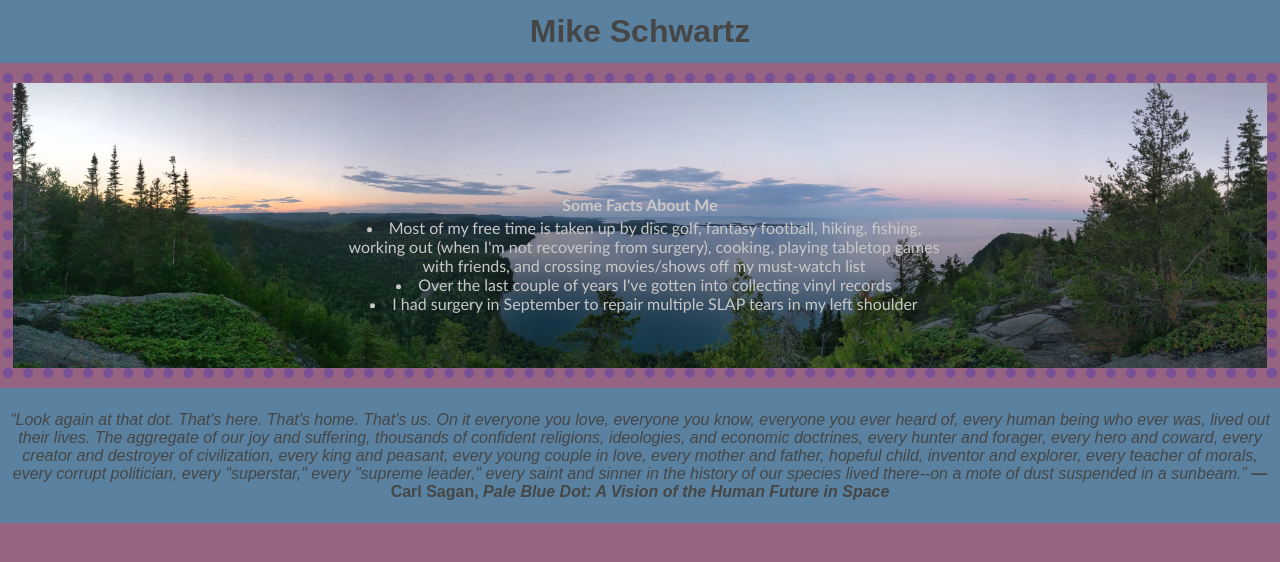
Repository: Ellusionism/prime-pw-week-1-assignment
Page: assignment/index.html
An editor plug-in stored every save of this project. The page is shown before and after a run of saves, followed by the edit.
The browser window is 1280 px wide. The pictures show the whole page.

Above is the page before, as saved 2022-10-26 18:03:54.

After the next 2 saves:
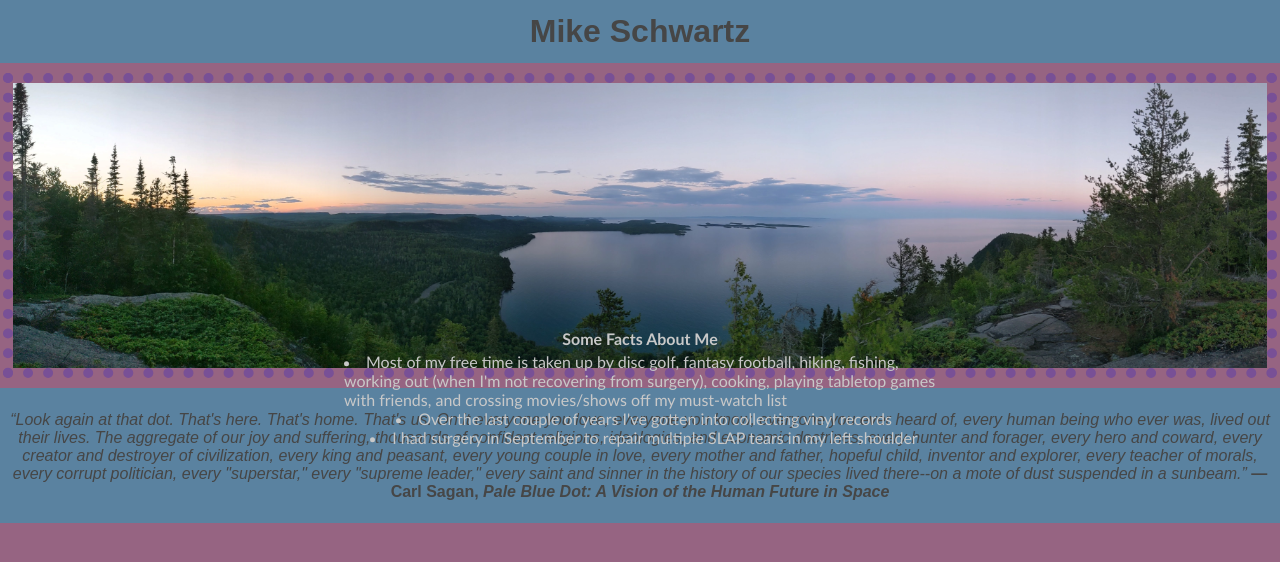
The 2 saves are shown as one change because they came seconds apart.
The last was saved 71 s later.
--- a/assignment/style.css
+++ b/assignment/style.css
@@ -66,6 +66,8 @@
  align-items: center;
 }
 
+.facts-list
+
  .container {
   position: relative;
   text-align: center;

After the 2 saves that followed:
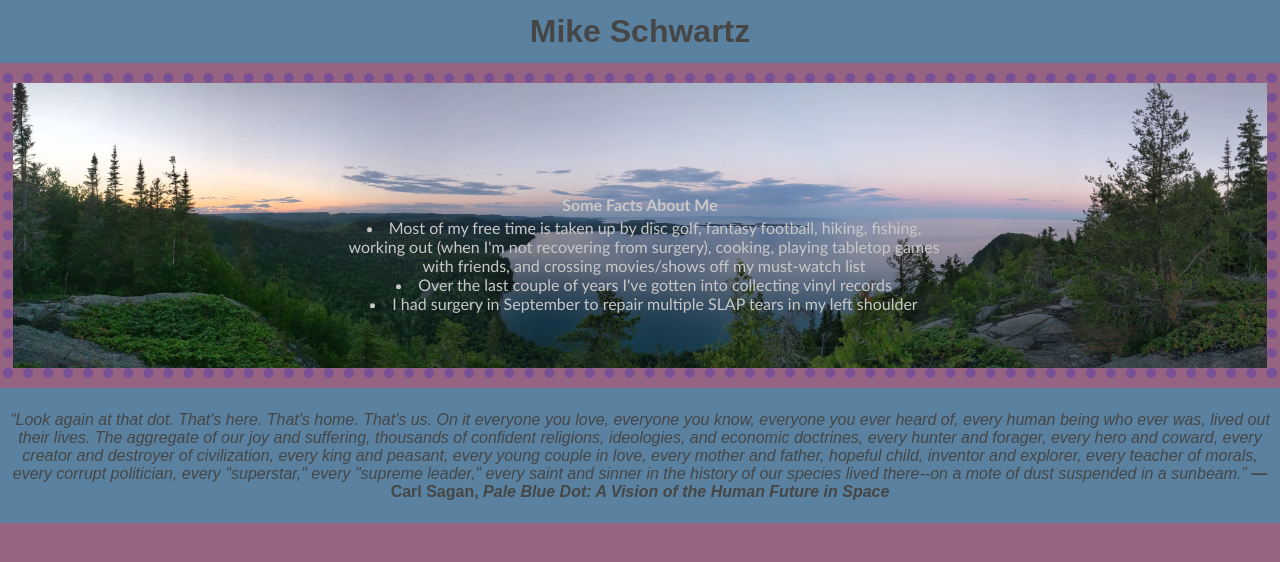
The 2 saves are shown as one change because they came seconds apart.
The last was saved 6 s later.
--- a/assignment/style.css
+++ b/assignment/style.css
@@ -66,7 +66,9 @@
  align-items: center;
 }
 
-.facts-list
+.facts-list {
+
+}
 
  .container {
   position: relative;
